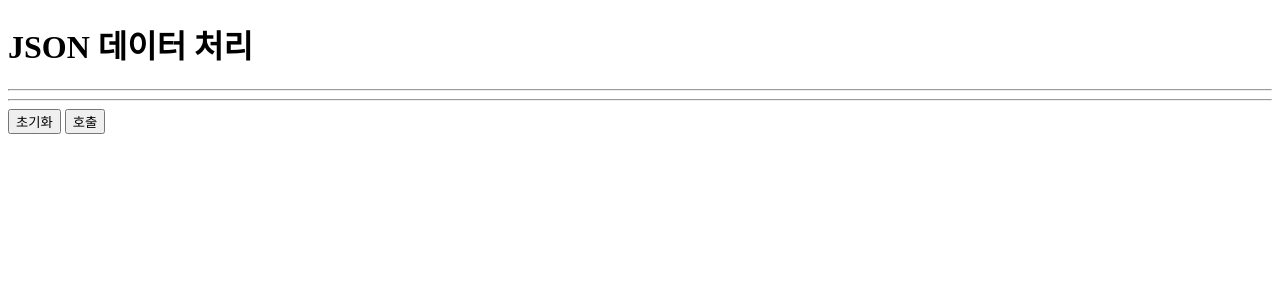
Repository: shouvoo/bitAcademy
Page: work/jsp/06_javascript/WebContent/08_ajax/test05.html
These files come from the project's save history. The page is drawn as it stood at one moment and after the next save; the edit follows.
The browser window is 1280 px wide. The pictures show the whole page.
After loading, the first visible `#clearBtn` was clicked once.

Above is the page before, as saved 2017-11-15 03:13:38.

### work/jsp/06_javascript/WebContent/08_ajax/test05.html
<!DOCTYPE html>
<html>
<head>
<meta charset="UTF-8">
<title>Insert title here</title>
<script type="text/javascript" src="jquery.js"></script>
</head>
<body>
	<h1>JSON 데이터 처리</h1>
	<hr>
	<div id="result">실행 결과</div>
	<hr>
	<button id="clearBtn">초기화</button>
	<button id="sendBtn">호출</button>

	<script type="text/javascript">
		$("#clearBtn").click(function(){
			$("#result").text("");
		});

		$("#sendBtn").click(function(){

			var xhr = new XMLHttpRequest();

			xhr.onreadystatechange = function()
			{

				if(xhr.readyState != 4) return;

				if(xhr.status== 200)
				{
					$("#result").text(xhr.responseText);
				}
			}

			xhr.open("GET", "test05", true);
			xhr.send();

		});


	</script>
</body>
</html>

Loaded but not shown: work/jsp/06_javascript/WebContent/08_ajax/jquery.js (library)

After the next save:
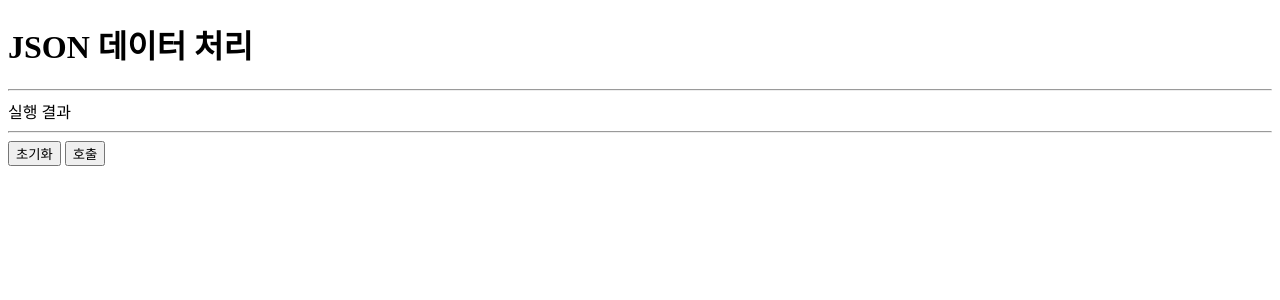
Saved 19 s later.
--- a/work/jsp/06_javascript/WebContent/08_ajax/test05.html
+++ b/work/jsp/06_javascript/WebContent/08_ajax/test05.html
@@ -15,7 +15,7 @@
 
 	<script type="text/javascript">
 		$("#clearBtn").click(function(){
-			$("#result").text("");
+			$("#result").text("실행 결과");
 		});
 
 		$("#sendBtn").click(function(){
